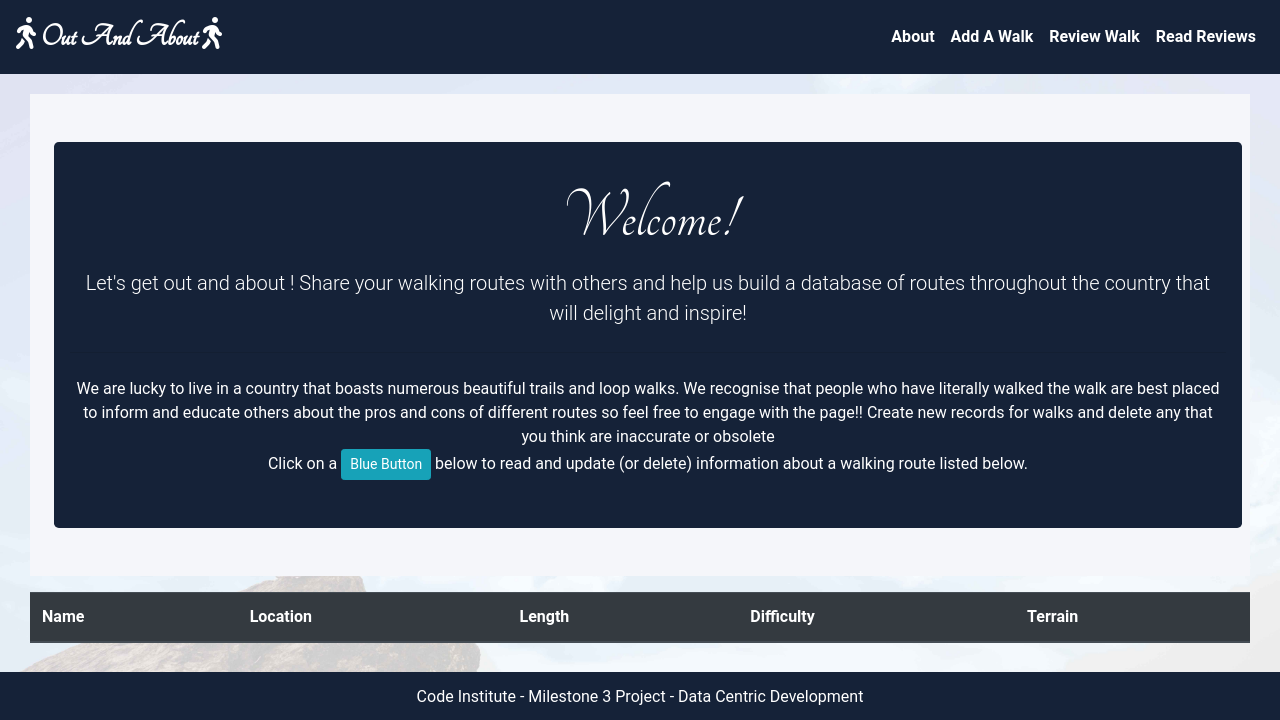
Repository: 5803emma/days-of-walking
Page: http://localhost/
The author's editor kept a record of every edit. The page is drawn from the files as they stood at one moment, then again after the next edit.
The browser window is 1280 px wide. The pictures show the whole page.
Some web libraries are served in a nearby version. The page is served by the project's application, run on Flask 3 (app.py). Queries for data that is not in the repository find no rows.

Above is the page before.

### templates/home.html
{% extends 'base.html'%} {% block content %}

<div class="container-fluid">

 <div class="row-welcome justify-content-center">
  <div class="col-12 text-dark">
   <div class="jumbotron">
    <h1 class="display-3">Welcome!</h1>
    <p class="lead" align="center">Let's get out and about ! Share your walking routes with others and help us build a database of routes throughout the country that will delight and inspire!</p>
    <hr class="my-4">
    <p align="center">We are lucky to live in a country that boasts numerous beautiful trails and loop walks. We recognise that people who have literally walked the walk are best placed to inform and educate others about the pros and cons of different routes so feel free to engage with the page!! Create new records for walks and delete any that you think are inaccurate or obsolete<br>Click on a <button type="button" class="btn btn-info btn-sm">Blue Button</button> below to read and update (or delete) information about a walking route listed below.</p>
   </div>
  </div>
 </div>

 <div class="row justify-content-center">
  <div class="col-12 table-responsive table-data">
   <table class="table table-hover">
    <thead class="thead-dark">
     <tr>
      <th scope="col">Name</th>
      <th scope="col">Location</th>
      <th scope="col">Length</th>
      <th scope="col">Difficulty</th>
      <th scope="col">Terrain</th>
     </tr>
    </thead>
    <tbody>

     {% for walk in walks %}
     <tr>
      <td><a class="btn btn-info btn-sm" href="{{url_for('edit_walk', walk_id=walk._id)}}" role="button">{{walk.walk_name}}</a></td>
      <td>{{walk.walk_location}}</td>
      <td>{{walk.walk_length}}</td>
      <td>{{walk.walk_difficulty}}</td>
      <td>{{walk.walk_terrain}}</td>
     </tr>
     {% endfor %}
    </tbody>
   </table>


  </div>
  {% endblock %}

### templates/base.html
<!DOCTYPE html>
<html>

<head>
    <link rel="stylesheet" href="https://stackpath.bootstrapcdn.com/bootstrap/4.4.1/css/bootstrap.min.css">
    <link rel="stylesheet" href="https://cdnjs.cloudflare.com/ajax/libs/font-awesome/5.12.0/css/all.min.css" />
    <link rel="stylesheet" href="{{ url_for('static', filename='css/style.css') }}" type="text/css" />
</head>

<body>
    <header>
        <nav class="navbar navbar-expand-md navbar-dark home-logo-text">
            <a class="navbar-brand" href="{{url_for('get_walks')}}"><i
                    class="fas fa-walking"></i> Out And About <i
                    class="fas fa-walking"></i></a>
            <button class="navbar-toggler" type="button" data-toggle="collapse" data-target="#navbarNavAltMarkup" aria-controls="navbarNavAltMarkup" aria-expanded="false" aria-label="Toggle navigation">
                <span class="navbar-toggler-icon"></span>
            </button>
            <div class="collapse navbar-collapse" id="navbarNavAltMarkup">
                <div class="navbar-nav ml-auto">
                    <a class="nav-item nav-link" href="{{url_for('about')}}">About</a>
                    <a class="nav-item nav-link" href="{{url_for('add_new_walk')}}">Add A Walk</a>
                    <a class="nav-item nav-link" href="{{url_for('walk_review')}}">Review Walk</a>
                     <a class="nav-item nav-link" href="{{url_for('read_review')}}">Read Reviews</a>
                </div>
            </div>

        </nav>
    </header>

    <!-- Container for injected templates -->
    <div class="container-fluid justify-content-center">


    {% block content %} {% endblock %}

 <!-- Footer -->
  <footer class="fixed-bottom">
    <div class="container-fluid">
      <p class="m-0 text-center text-white">Code Institute - Milestone 3 Project - Data Centric Development</p>
    </div>
    <!-- /.container -->
  </footer>

    <script src="https://code.jquery.com/jquery-3.4.1.slim.min.js"></script>
    <script src="https://cdn.jsdelivr.net/npm/popper.js@1.16.0/dist/umd/popper.min.js"></script>
    <script src="https://stackpath.bootstrapcdn.com/bootstrap/4.4.1/js/bootstrap.min.js"></script>
</body>

</html>

### app.py
import os
from flask import Flask, render_template, redirect, request, url_for
from flask_pymongo import PyMongo
from bson.objectid import ObjectId

app = Flask(__name__)

app.config["MONGO_DBNAME"] = 'walking_app'
app.config["MONGO_URI"] = 'mongodb+srv://root:johnbell@myfirstcluster-20lqh.mongodb.net/walking_app?retryWrites=true&w=majority'

mongo = PyMongo(app)

@app.route("/")
@app.route("/get_walks")
def get_walks():
    return render_template("home.html", walks=mongo.db.walks.find())

@app.route("/about")
def about():
    return render_template("about.html")


@app.route("/add_new_walk")
def add_new_walk():
    return render_template("add_walk.html")


@app.route("/insert_walk", methods=['POST'])
def insert_walk():
    walk = mongo.db.walks
    walk.insert_one(request.form.to_dict())
    return redirect(url_for('get_walks'))

# Update Information About Walk

@app.route("/edit_walk/<walk_id>")
def edit_walk(walk_id):
    the_walk = mongo.db.walks.find_one({"_id": ObjectId(walk_id)})
    return render_template("update_walk.html", walk=the_walk)

@app.route("/update_walk/<walk_id>", methods=["POST"])
def update_walk(walk_id):
    walk = mongo.db.walks
    walk.update({'_id': ObjectId(walk_id)}, {
        'walk_name' : request.form.get('walk_name'),
        'walk_location' : request.form.get('walk_location'),
        'walk_length' : request.form.get('walk_length'),
        'walk_difficulty' : request.form.get('walk_difficulty'),
        'walk_terrain' : request.form.get('walk_terrain')
    })
    return redirect(url_for('get_walks'))

# Delete Option

@app.route("/delete_walk/<walk_id>")
def delete_walk(walk_id):
    mongo.db.walks.remove({'_id': ObjectId(walk_id)})
    return redirect(url_for('get_walks'))

@app.route("/leave_review")
def walk_review():
    return render_template("walk_review.html", walks=mongo.db.walks.find())

# Sends the data that the user inserts to the database

@app.route("/walk_review", methods=['POST'])
def insert_review():
    review = mongo.db.reviews
    review.insert_one(request.form.to_dict())
    return redirect(url_for('walk_review'))


@app.route("/read_review")
def read_review():
    return render_template("read_reviews.html", reviews=mongo.db.reviews.find())

if __name__ == "__main__":
    app.run(host=os.environ.get("IP", "0.0.0.0"),
    port=int(os.environ.get("PORT", "5000")),
    debug=False)

### static/css/style.css
@import url('https://fonts.googleapis.com/css?family=Tangerine&display=swap');

html, body {
  background-image: url(../images/bg-image.jpg);
  background-color: #FAFAFA;
  background-repeat: no-repeat;
  background-size: cover;
  font-family: 'Roboto', sans-serif;
  clear: both;
}

.container {
  display: flex;
}

.navbar-dark {
  background-color: #152238;
}

.navbar-dark .navbar-brand {
    color: #fff;
    font-weight: bold;
    font-family: "Tangerine", cursive, sans-serif;
    font-size: 2rem;
}

.navbar-dark .navbar-nav .nav-link {
    color: #fff;
    font-weight: bold;
}

h1, h2 {
  text-align: center;
  font-family: "Tangerine", cursive, sans-serif;
}

.jumbotron {
    margin-top: 2rem;
    padding: 2rem 1rem;
    margin-bottom: 2rem;
    color: #ffffff;
    background-color: #152238;
    border-radius: .3rem;
}

.display-4 {
    font-size: 3.5rem;
    font-weight: 300;
    line-height: 1.2;
    font-family: "Tangerine", cursive, sans-serif;
}

.row {
  margin-top: 1rem;
  margin-bottom: 1rem;
}

.media-body {
  margin-top: 10px;
}

.btn-success {
    color: #fff;
    background-color: #5F9F9F;
    border-color: #5F9F9F;
    margin-bottom: 20px;
}

.fixed-bottom {
    position: fixed;
    right: 0;
    bottom: 0;
    left: 0;
    z-index: 1030;
    height: 3rem;
    padding-top: 0.8rem;
    background-color: #152238;
}


@media only screen and (max-width: 550px) {
    .table {
        font-size: 9px;
        font-weight: bold;
    }
    .btn-sm {
        font-size: 9px;

    }
    .table-data {
        padding-right: 1px;
        padding-left: 1px;
    }
}

.row-review {
    margin-top: 25px;
    background-color: rgba(245, 246, 250,1.0);
}

.row-welcome {
    margin-top: 20px;
    background-color: rgba(245, 246, 250,1.0);
}

.text-dark {
    color: #343a40;
    padding: 1em;
    margin: 0.5em;}

After the next edit:
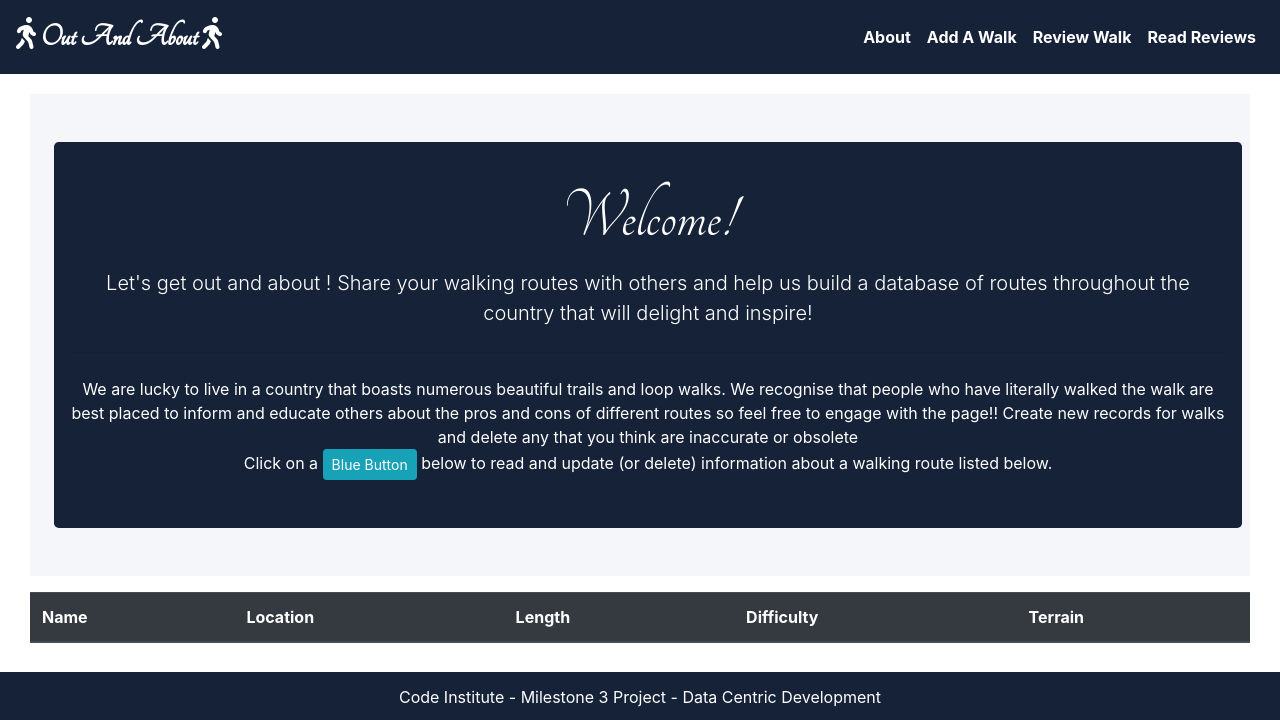
The edit:
--- a/static/css/style.css
+++ b/static/css/style.css
@@ -1,11 +1,12 @@
 @import url('https://fonts.googleapis.com/css?family=Tangerine&display=swap');
 
 html, body {
-  background-image: url(../images/bg-image.jpg);
-  background-color: #FAFAFA;
-  background-repeat: no-repeat;
+  background-image: url(../images/bg-image.jpg) no-repeat center center fixed;
+  -webkit-background-size: cover;
+  -moz-background-size: cover;
+  -o-background-size: cover;
   background-size: cover;
-  font-family: 'Roboto', sans-serif;
+}
   clear: both;
 }
 
